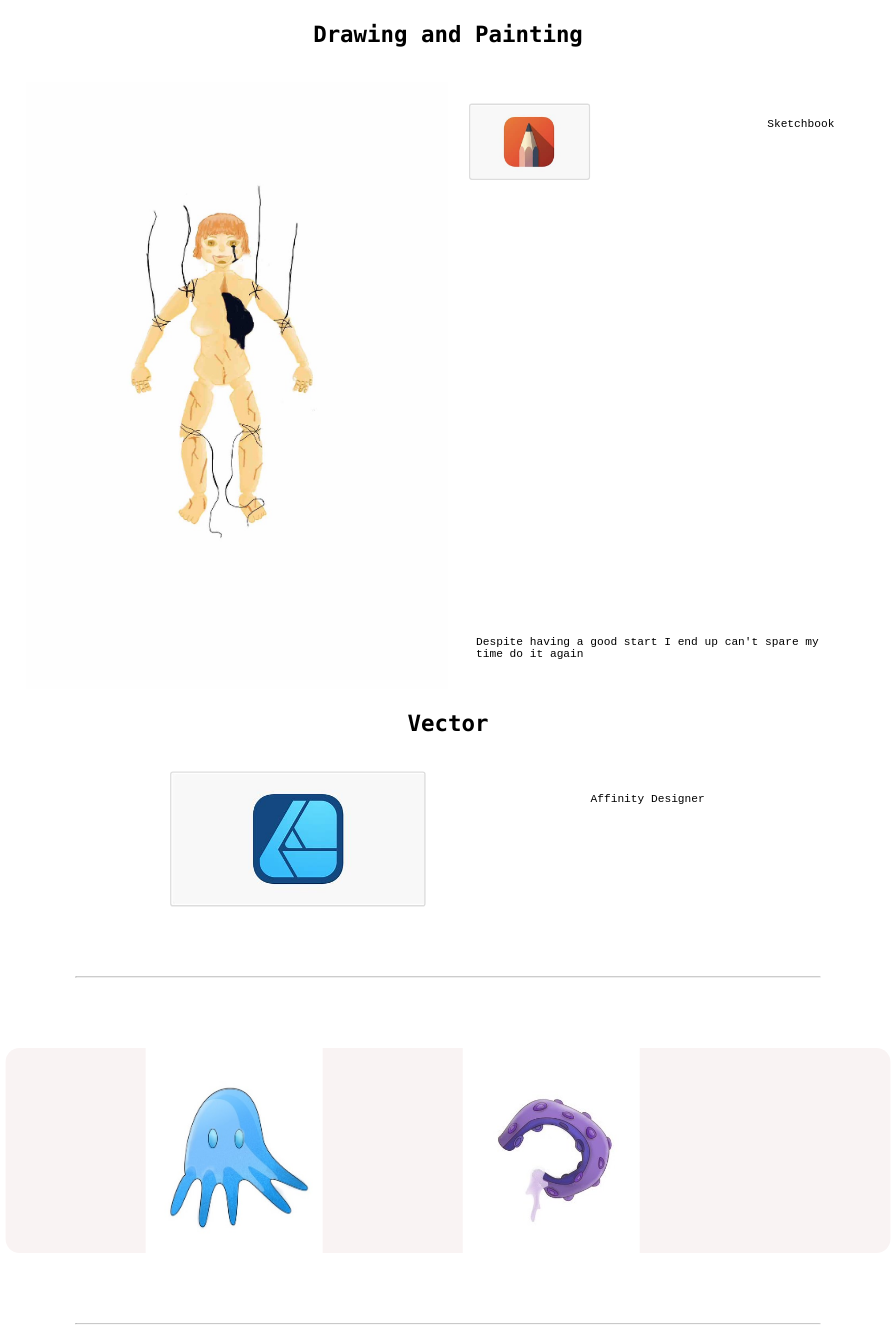
Repository: kittipichcha/port3
Page: index2.html
An editor plug-in stored every save of this project. The page is shown before and after the next save, followed by the edit.
The browser window is 1280 px wide. The pictures show the part of the page from y = 0 to 1920 px (the page is 3017 px tall), at 70% of full size.

Above is the page before, as saved 2024-10-28 11:56:53.

After the next save:
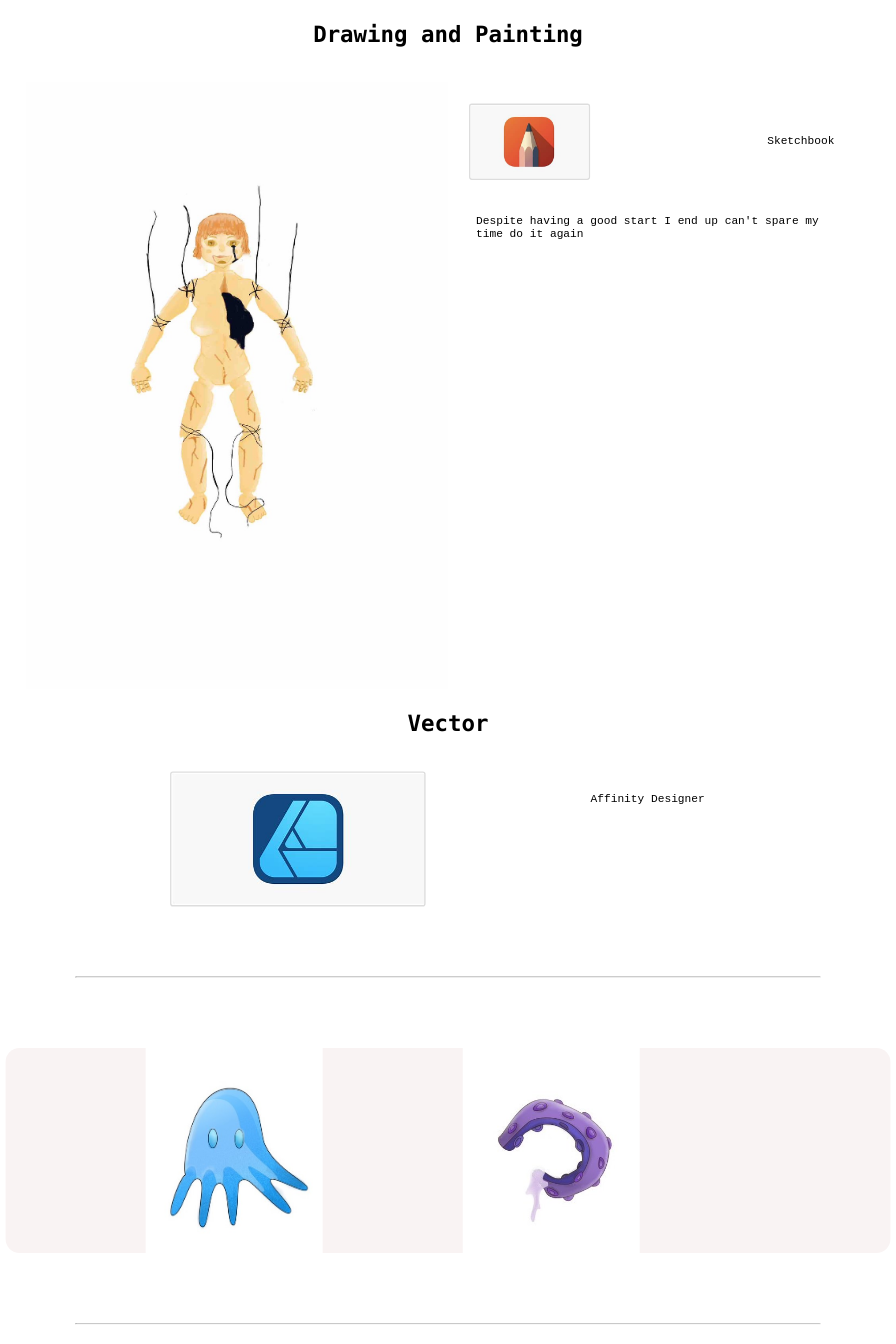
Saved 36 s later.
--- a/index2.html
+++ b/index2.html
@@ -11,8 +11,8 @@
             <div class = "widget" style = "justify-content: center;">
                 <img class = "image" style = "width:50%"src = "image/puppet.jpg">
 
-                <div class = "widget1">
-                    <div class = "widget" style = "align-items:flex-start;">
+                <div class = "widget1" style = "justify-content: flex-start;">
+                    <div class = "widget">
                         <img class = "icon" style="width:30%" src = "icon/sketchbook.jpg">
                         <p class = "textGeneral"> Sketchbook </p>
                     </div>
